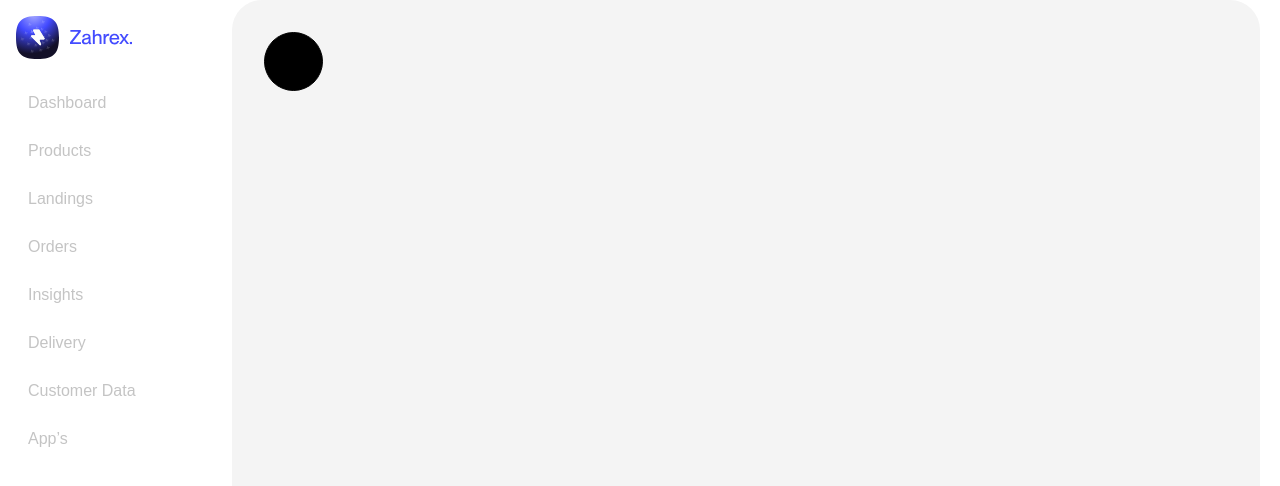
Repository: asba38295-web/zahrex-app
Page: /dashboard
An editor plug-in stored every save of this project. The page is shown before and after the next save, followed by the edit.
The browser window is 1280 px wide. The pictures show the whole page.
The project was rebuilt for these pictures with package versions that can differ from the ones it lists, and the page was loaded fresh each time. The framework's server and built-in components were replaced by stand-ins that run in the browser. Also part of the build but not shown: next.config.mjs, src/page/Dashboard/Dashboard.jsx.

Above is the page before, as saved 2025-11-28 21:28:14.

After the next save:
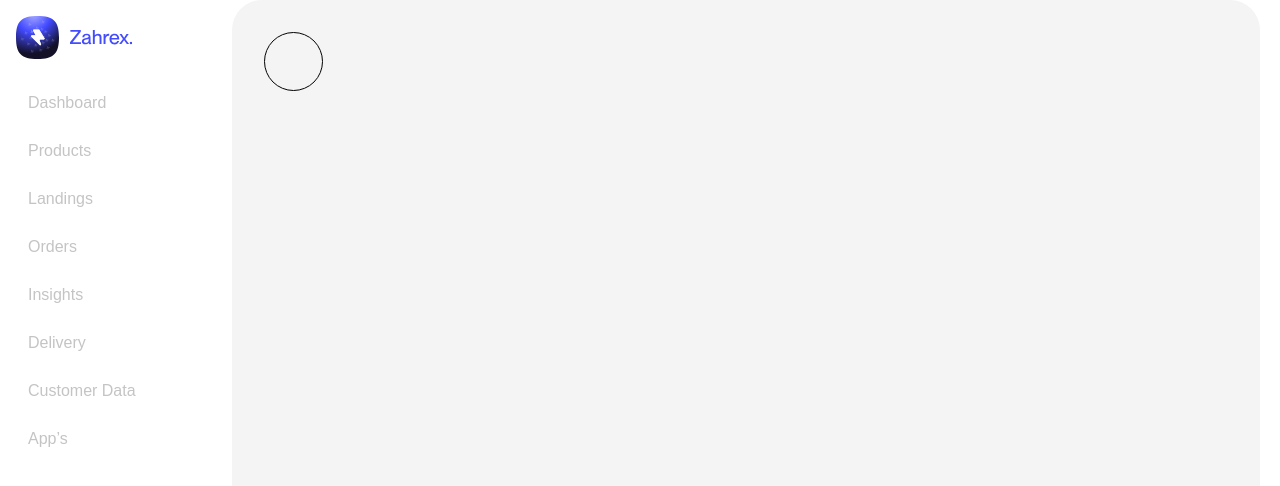
Saved 23 s later.
--- a/src/app/dashboard/page.jsx
+++ b/src/app/dashboard/page.jsx
@@ -88,7 +88,7 @@ export default function DashboardShell() {
     <div className="w-screen h-full px-5">
     <div className="min-h-screen w-full bg-[#F4F4F4] p-8 rounded-[30px] flex">
      <div className="flex gap-[10px]">
-       <button className="bg-black w-[59px] h-[59px] border border-black rounded-full "></button>
+       <button className="b w-[59px] h-[59px] border border-black rounded-full "></button>
      </div>
 
 
